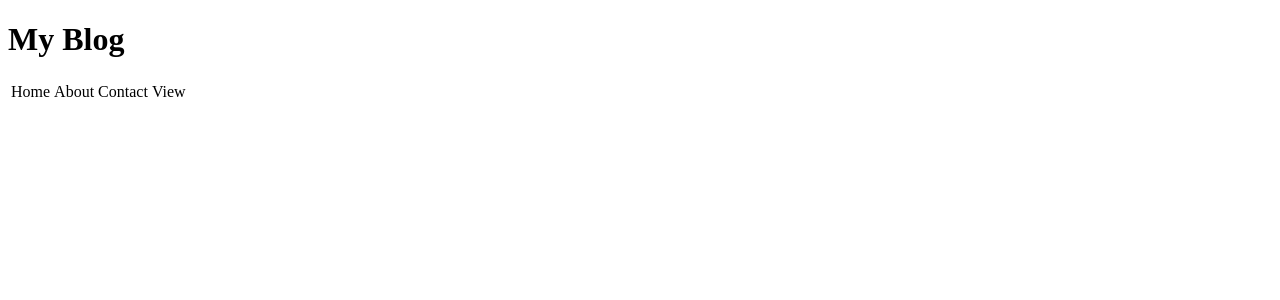
Repository: obusakthi539/Loginform
Page: Myblog.html
These files come from the project's save history. The page is drawn as it stood at one moment and after the next save; the edit follows.
The browser window is 1280 px wide. The pictures show the whole page.

Above is the page before, as saved 2025-01-12 12:28:13.

After the next save:
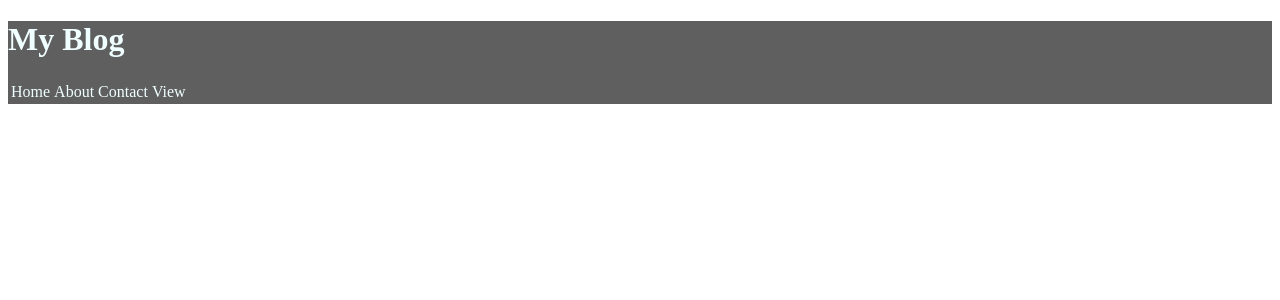
Saved 60 s later.
--- a/Myblog.html
+++ b/Myblog.html
@@ -5,7 +5,7 @@
     <meta name="viewport" content="width=device-width, initial-scale=1.0">
     <title>Document</title>
     <style>
-        .a{
+        .a1{
             background-color: rgba(0, 0, 0, 0.626);
             color: azure;
         }
